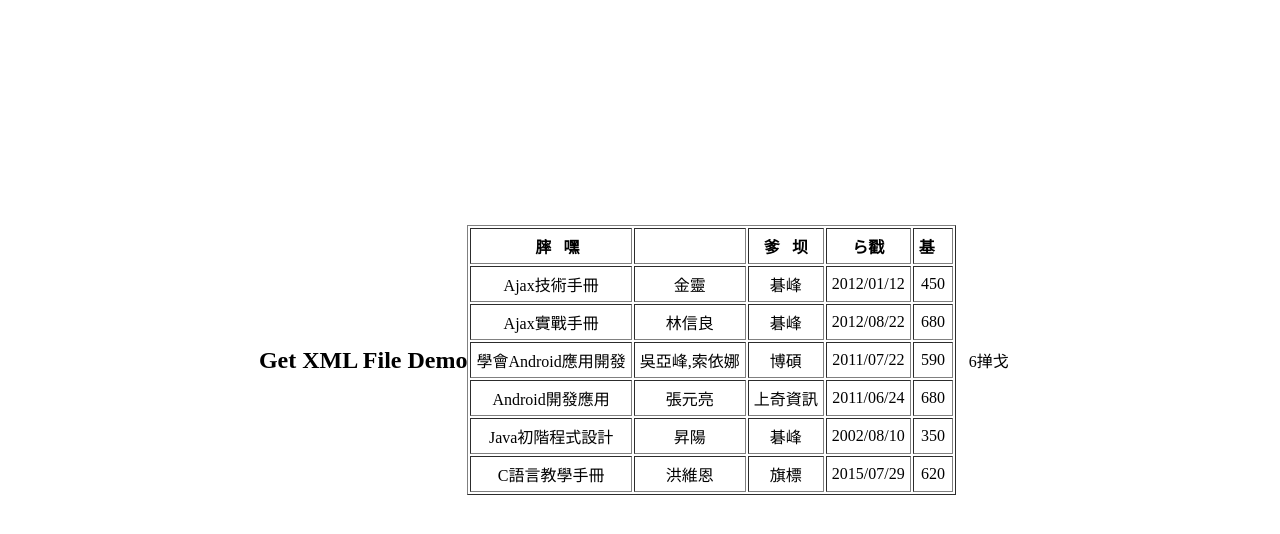
Repository: milkyeway/Ajax
Page: Ajax/src/main/webapp/m04/Fetchjson.html
These files come from the project's save history. The page is drawn as it stood at one moment and after the next save; the edit follows.
The browser window is 1280 px wide. The pictures show the whole page.

Above is the page before, as saved 2022-03-28 02:49:17.
Console error: TypeError: Cannot read properties of null (reading 'getElementsByTagName')

After the next save:
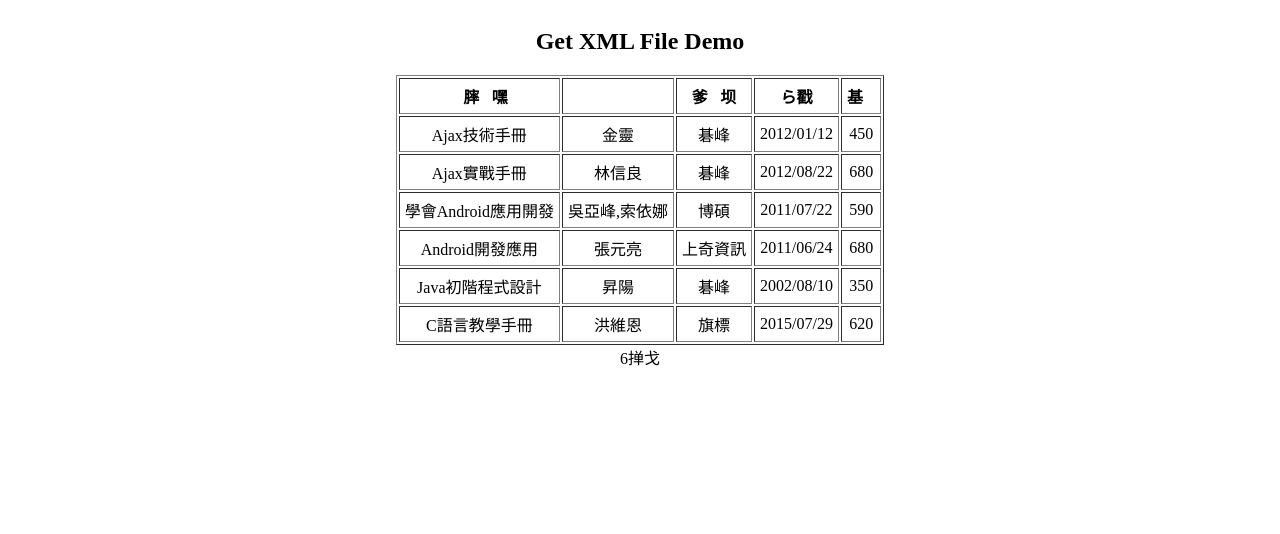
Saved 28 s later.
--- a/Ajax/src/main/webapp/m04/Fetchjson.html
+++ b/Ajax/src/main/webapp/m04/Fetchjson.html
@@ -3,7 +3,7 @@
 <style>
 body {
 	display: flex;
-	justify-content: center;
+	    flex-direction: column;
 	align-items: center;
 }
 
